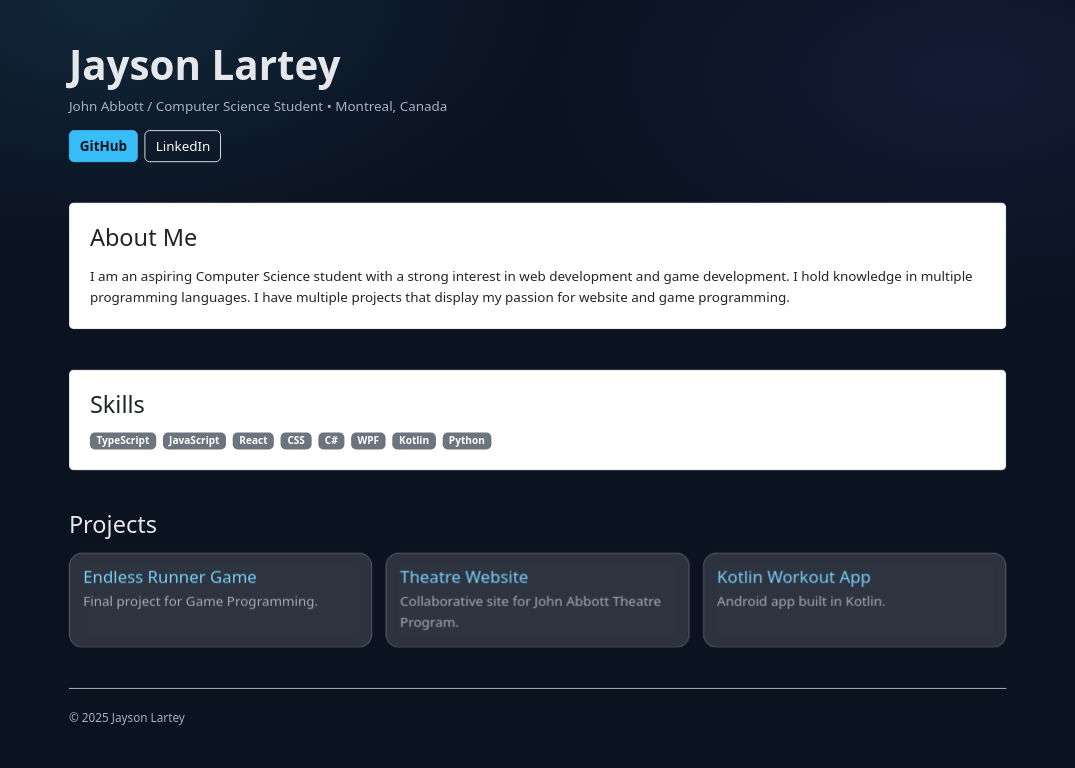
Repository: jaysonlartey/jaysonlartey.github.io
Page: index.html
An editor plug-in stored every save of this project. The page is shown before and after the next save, followed by the edit.
The browser window is 1280 px wide. The pictures show the whole page, at 84% of full size.

Above is the page before, as saved 2025-12-12 20:46:52.

### index.html
<!DOCTYPE html>
<html lang="en">

<head>
    <meta charset="UTF-8">
    <meta name="viewport" content="width=device-width, initial-scale=1.0">
    <title>Jayson Lartey - Portfolio</title>
    <link href="https://cdn.jsdelivr.net/npm/bootstrap@5.3.3/dist/css/bootstrap.min.css" rel="stylesheet">
    <link rel="stylesheet" href="style.css" />
    <script src="https://cdn.jsdelivr.net/npm/bootstrap@5.3.3/dist/js/bootstrap.bundle.min.js"></script>
    <script src="script.js"></script>
</head>

<body>
    <header class="container py-5">
        <div class="row align-items-center g-4">
            <div class="col-12 col-md-8">
                <h1 class="display-5 fw-semibold mb-2">Jayson Lartey</h1>
                <p class="text-secondary mb-3">John Abbott / Computer Science Student • Montreal, Canada</p>

                <div class="d-flex gap-2 flex-wrap">
                    <a class="btn btn-primary" href="https://github.com/jaysonlartey" target="_blank"
                        rel="noreferrer">GitHub</a>
                    <a class="btn btn-outline-light" href="https://www.linkedin.com/in/jayson-lartey/" target="_blank"
                        rel="noreferrer">LinkedIn</a>
                </div>
            </div>
        </div>
    </header>


    <main class="container pb-5">
        <section class="mb-5">
            <div class="card bg-white text-dark p-4">
                <h2 class="h3 mb-3">About Me</h2>
                <p class="mb-0">
                    I am an aspiring Computer Science student with a strong interest in web development and game
                    development.
                    I hold knowledge in multiple programming languages. I have multiple projects that display my passion
                    for website and game programming.
                </p>
            </div>
        </section>

        <section class="mb-5">
            <div class="card bg-white text-dark p-4">
                <h2 class="h3 mb-3">Skills</h2>
                <div class="d-flex flex-wrap gap-2">
                    <span class="badge text-bg-secondary">TypeScript</span>
                    <span class="badge text-bg-secondary">JavaScript</span>
                    <span class="badge text-bg-secondary">React</span>
                    <span class="badge text-bg-secondary">CSS</span>
                    <span class="badge text-bg-secondary">C#</span>
                    <span class="badge text-bg-secondary">WPF</span>
                    <span class="badge text-bg-secondary">Kotlin</span>
                    <span class="badge text-bg-secondary">Python</span>
                </div>
            </div>
        </section>

        <section class="mb-5">
            <h2 class="h3 mb-3">Projects</h2>

            <div class="row g-3">
                <div class="col-12 col-md-4">
                    <div class="card card-dark h-100 p-3">
                        <h3 class="h5 mb-1">
                            <a class="project-link" href="https://github.com/jaysonlartey/Endless-Runner-Game"
                                target="_blank" rel="noreferrer">
                                Endless Runner Game
                            </a>
                        </h3>
                        <p class="text-secondary mb-0">Final project for Game Programming.</p>
                    </div>
                </div>

                <div class="col-12 col-md-4">
                    <div class="card card-dark h-100 p-3">
                        <h3 class="h5 mb-1">
                            <a class="project-link" href="https://github.com/jaysonlartey/Theatre-App" target="_blank"
                                rel="noreferrer">
                                Theatre Website
                            </a>
                        </h3>
                        <p class="text-secondary mb-0">Collaborative site for John Abbott Theatre Program.</p>
                    </div>
                </div>

                <div class="col-12 col-md-4">
                    <div class="card card-dark h-100 p-3">
                        <h3 class="h5 mb-1">
                            <a class="project-link" href="https://github.com/jaysonlartey/Workout-App" target="_blank"
                                rel="noreferrer">
                                Kotlin Workout App
                            </a>
                        </h3>
                        <p class="text-secondary mb-0">Android app built in Kotlin.</p>
                    </div>
                </div>
            </div>
        </section>

        <footer class="pt-4 border-top border-secondary-subtle text-secondary small">
            © <span id="year"></span> Jayson Lartey
        </footer>
    </main>

</body>

</html>

### style.css
:root{
  --bg: #0b1220;
  --fg: #e5e7eb;
  --muted: #a7b0c0;
  --card: rgba(255,255,255,0.14);
  --card-border: rgba(255,255,255,0.25);
}

*{ box-sizing:border-box; }

body{
  margin:0;
  font-family: system-ui, -apple-system, Segoe UI, Roboto, sans-serif;
  color: var(--fg);
  background:
    radial-gradient(900px 500px at 10% 0%, rgba(56,189,248,0.12), transparent 60%),
    radial-gradient(900px 500px at 90% 10%, rgba(99,102,241,0.10), transparent 55%),
    var(--bg);
  line-height:1.6;
}

a{ text-decoration:none; }
a:hover{ text-decoration:underline; }

.text-secondary{ color: var(--muted) !important; }

.card-dark{
  background: var(--card);
  border: 1px solid var(--card-border);
  border-radius: 16px;
  color: var(--fg);
  backdrop-filter: blur(8px);
}

.project-link{
  color: #7dd3fc;
}
.project-link:hover{
  color: #bae6fd;
}

.btn-primary{
  background: #38bdf8;
  border-color: #38bdf8;
  color: #0b1220;
  font-weight: 600;
}
.btn-primary:hover{
  background: #7dd3fc;
  border-color: #7dd3fc;
  color: #0b1220;
}

### script.js
document.addEventListener("DOMContentLoaded", () => {
  const year = document.getElementById("year");
  if (year) year.textContent = new Date().getFullYear();
});

After the next save:
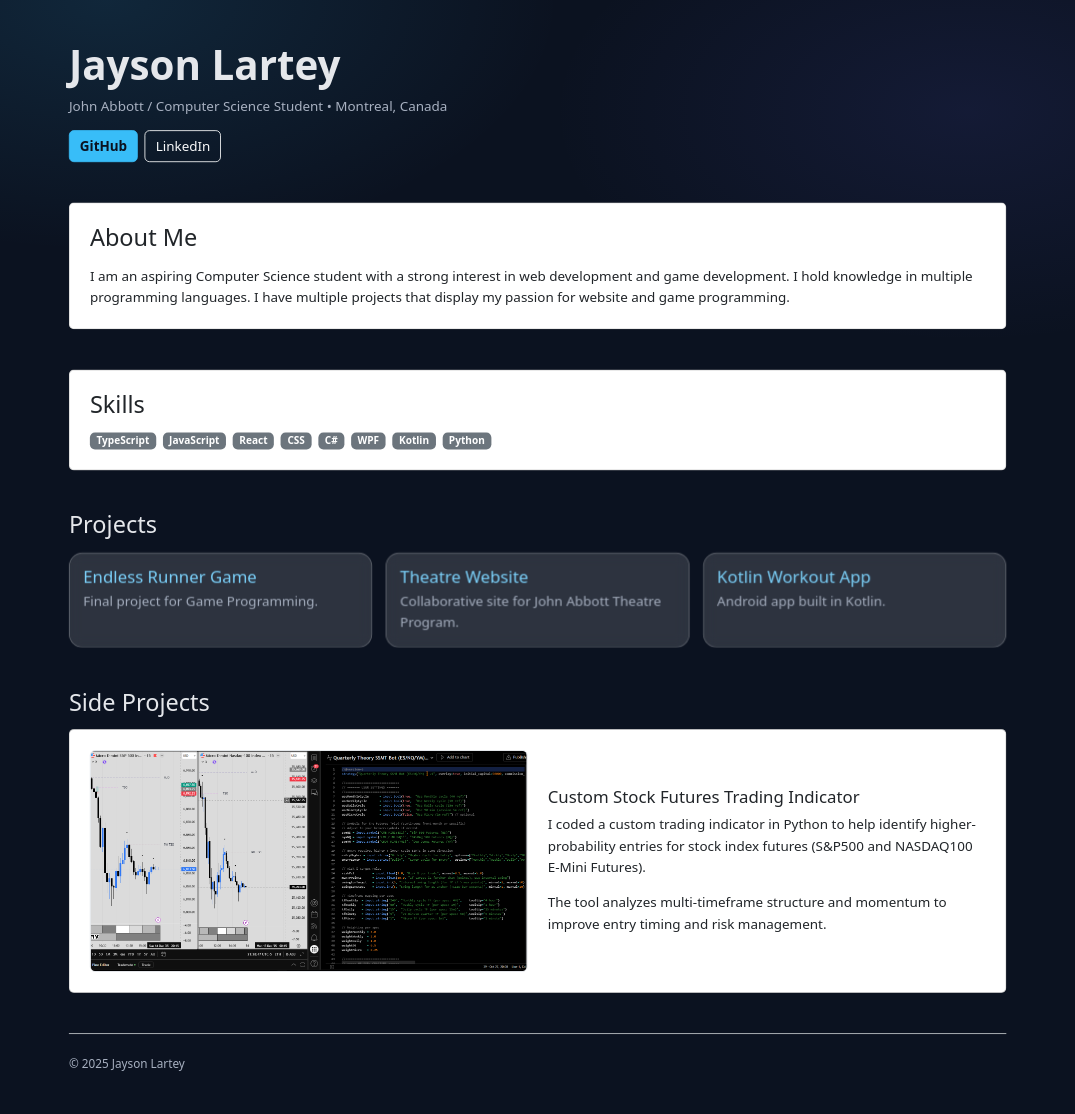
Saved 46 min 39 s later.
--- a/index.html
+++ b/index.html
@@ -99,6 +99,33 @@
                 </div>
             </div>
         </section>
+        <section class="mb-5">
+            <h2 class="h3 mb-3">Side Projects</h2>
+
+            <div class="card bg-white text-dark p-4">
+                <div class="row g-4 align-items-center">
+
+                    <div class="col-12 col-md-6">
+                        <img src="assets/trading-indicator.png" alt="Custom trading indicator for stock futures"
+                            class="img-fluid rounded border" />
+                    </div>
+
+                    <div class="col-12 col-md-6">
+                        <h3 class="h5 mb-2">Custom Stock Futures Trading Indicator</h3>
+                        <p>
+                            I coded a custom trading indicator in Python to help identify higher-probability
+                            entries for stock index futures (S&P500 and NASDAQ100 E-Mini Futures).
+                        </p>
+                        <p class="mb-0">
+                            The tool analyzes multi-timeframe structure and momentum to improve entry timing
+                            and risk management.
+                        </p>
+                    </div>
+
+                </div>
+            </div>
+        </section>
+
 
         <footer class="pt-4 border-top border-secondary-subtle text-secondary small">
             © <span id="year"></span> Jayson Lartey
